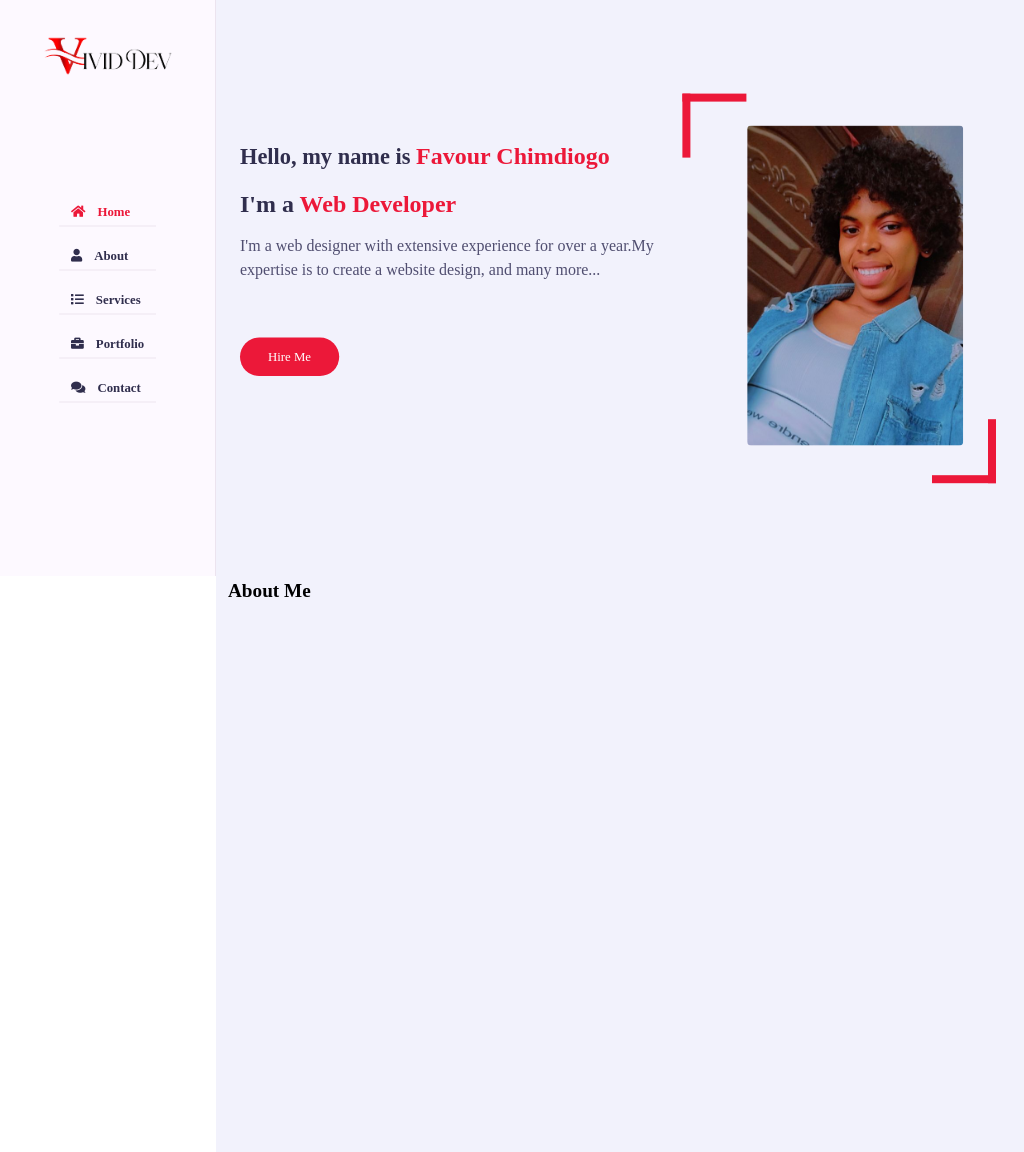
Repository: Big-Fave1/vivid-dev-portfolio
Page: build/index.html
The author's editor kept a copy of each file at every save. The page is drawn from the files as they stood at one save, then again after the next save.
The browser window is 1280 px wide. The pictures show the whole page, at 80% of full size.
Some web fonts or font styles are not loaded; a fallback is used.

Above is the page before, as saved 2025-05-30 12:59:04.

After the next save:
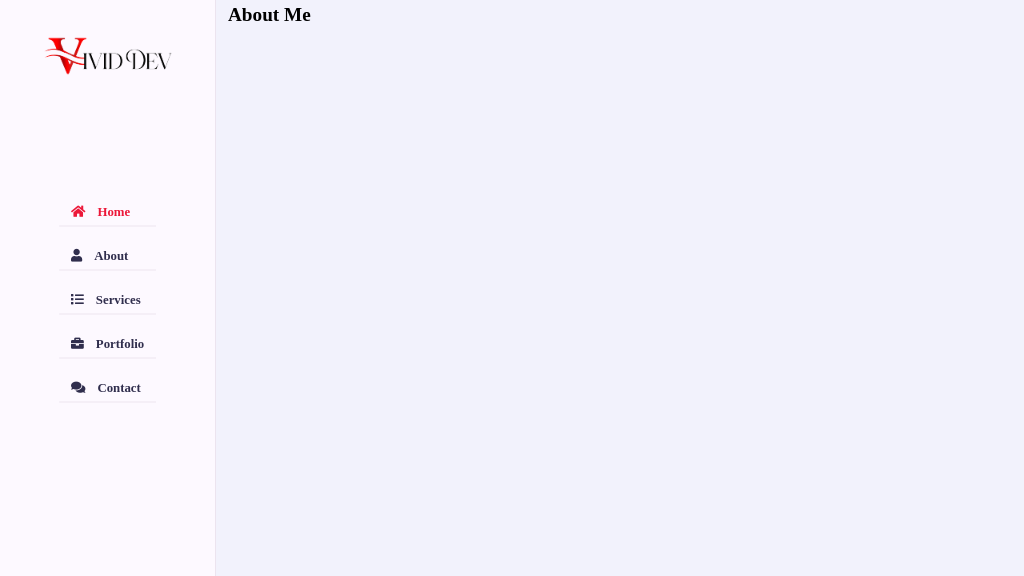
Saved 19 s later.
--- a/build/index.html
+++ b/build/index.html
@@ -31,7 +31,7 @@
     <!--- ==== Main content Start === -->
     <div class="main-content">
         <!--- === Home Section Start === -->
-        <section class="home section">
+        <section class="home section hidden">
             <div class="container">
                 <div class="row">
                     <div class="home-info padd-15">
